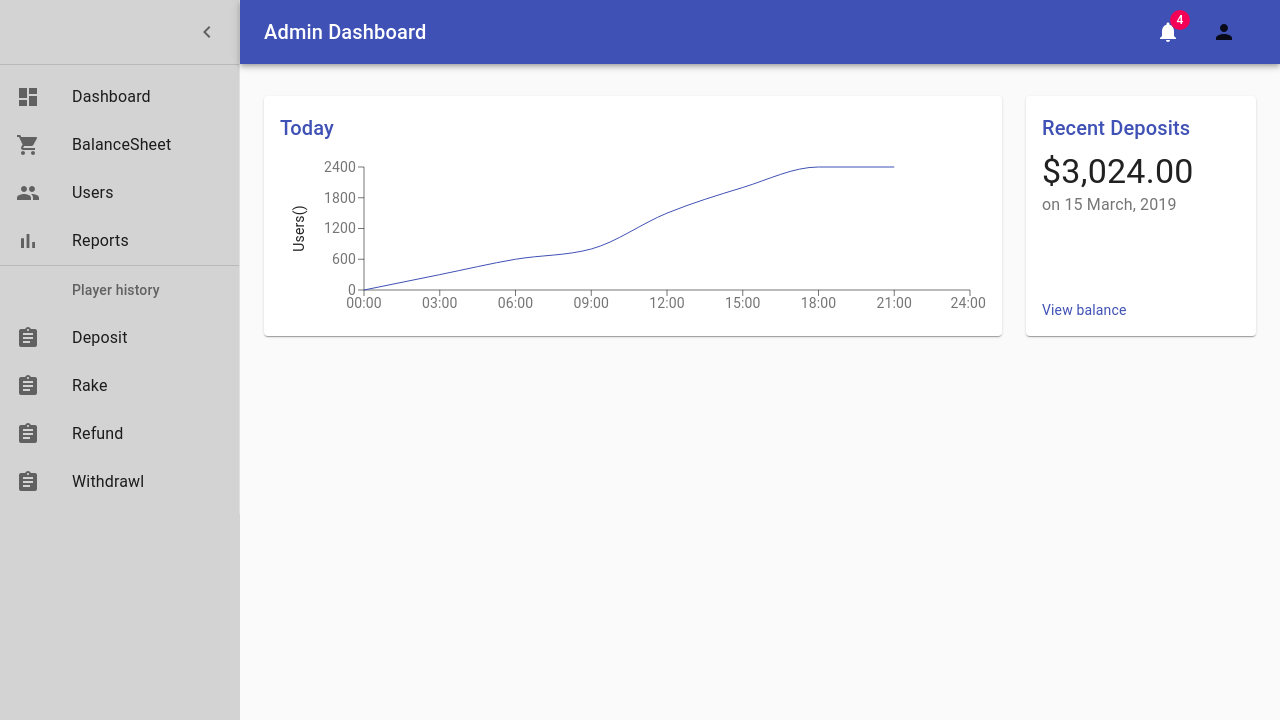
Repository: imayankbisht/ludofrontend
Page: /Dashboard
An editor plug-in stored every save of this project. The page is shown before and after a run of saves, followed by the edit.
The browser window is 1280 px wide. The pictures show the whole page.
The project was rebuilt for these pictures with package versions that can differ from the ones it lists, and the page was loaded fresh each time. Also part of the build but not shown: src/axios.js, src/components/login.js.

Above is the page before, as saved 2021-01-16 14:35:29.

### src/App.js
import React from 'react';
import './App.css';
import {
  BrowserRouter as Router,
  Switch,
  Route,
 Redirect
} from "react-router-dom";
// import SignInOutContainer from './containers';
import Dashboard from './components/Dashboard';
import Login from './components/login';
 function App() {
  return (
    <div className="App">
  <Router >
    <Switch>
      <Route path="/login" component={Login} />
      <Route path="/Dashboard" component={Dashboard} />
      <Redirect from="/" to="/login" />
    </Switch>
  </Router>
      </div>
  );
}


export default App;

### src/App.css
.App {
  /* text-align: center; */

}

.App-logo {
  height: 40vmin;
  pointer-events: none;
}

@media (prefers-reduced-motion: no-preference) {
  .App-logo {
    animation: App-logo-spin infinite 20s linear;
  }
}

.App-header {
  background-color: #282c34;
  min-height: 100vh;
  display: flex;
  flex-direction: column;
  align-items: center;
  justify-content: center;
  font-size: calc(10px + 2vmin);
  color: white;
}

.App-link {
  color: #61dafb;
}

@keyframes App-logo-spin {
  from {
    transform: rotate(0deg);
  }
  to {
    transform: rotate(360deg);
  }
}

### src/components/Dashboard.js
import React from 'react';
import clsx from 'clsx';
import { makeStyles } from '@material-ui/core/styles';
import CssBaseline from '@material-ui/core/CssBaseline';
import Drawer from '@material-ui/core/Drawer';
import Box from '@material-ui/core/Box';
import AppBar from '@material-ui/core/AppBar';
import Toolbar from '@material-ui/core/Toolbar';
import List from '@material-ui/core/List';
import Typography from '@material-ui/core/Typography';
import Divider from '@material-ui/core/Divider';
import IconButton from '@material-ui/core/IconButton';
import Badge from '@material-ui/core/Badge';
import Container from '@material-ui/core/Container';
import Grid from '@material-ui/core/Grid';
import Paper from '@material-ui/core/Paper';
// import Link from '@material-ui/core/Link';
import MenuIcon from '@material-ui/icons/Menu';
import ChevronLeftIcon from '@material-ui/icons/ChevronLeft';
import NotificationsIcon from '@material-ui/icons/Notifications';
import { mainListItems} from './listItems';
import Chart from './Chart';
import Deposits from './Deposits';
import MenuItem from "@material-ui/core/MenuItem";
import MenuList from "@material-ui/core/MenuList";
import Hidden from "@material-ui/core/Hidden";
import Grow from "@material-ui/core/Grow";
import Poppers from "@material-ui/core/Popper";
import ClickAwayListener from "@material-ui/core/ClickAwayListener";
import Person from "@material-ui/icons/Person";
import classNames from "classnames";
import Button from "@material-ui/core/Button";
import {Link} from 'react-router-dom';

const drawerWidth = 240;

const useStyles = makeStyles((theme) => ({
  root: {
    display: 'flex',
  },
  toolbar: {
    paddingRight: 24, // keep right padding when drawer closed
  },
  toolbarIcon: {
    display: 'flex',
    alignItems: 'center',
    justifyContent: 'flex-end',
    padding: '0 8px',
    ...theme.mixins.toolbar,
  },
  appBar: {
    zIndex: theme.zIndex.drawer + 1,
    transition: theme.transitions.create(['width', 'margin'], {
      easing: theme.transitions.easing.sharp,
      duration: theme.transitions.duration.leavingScreen,
    }),
  },
  appBarShift: {
    marginLeft: drawerWidth,
    width: `calc(100% - ${drawerWidth}px)`,
    transition: theme.transitions.create(['width', 'margin'], {
      easing: theme.transitions.easing.sharp,
      duration: theme.transitions.duration.enteringScreen,
    }),
  },
  menuButton: {
    marginRight: 36,
  },
  menuButtonHidden: {
    display: 'none',
  },
  title: {
    flexGrow: 1,
  },
  drawerPaper: {
    position: 'relative',
    whiteSpace: 'nowrap',
    width: drawerWidth,
    transition: theme.transitions.create('width', {
      easing: theme.transitions.easing.sharp,
      duration: theme.transitions.duration.enteringScreen,
    }),
  },
  drawerPaperClose: {
    overflowX: 'hidden',
    transition: theme.transitions.create('width', {
      easing: theme.transitions.easing.sharp,
      duration: theme.transitions.duration.leavingScreen,
    }),
    width: theme.spacing(7),
    [theme.breakpoints.up('sm')]: {
      width: theme.spacing(9),
    },
  },
  appBarSpacer: theme.mixins.toolbar,
  content: {
    flexGrow: 1,
    height: '100vh',
    overflow: 'auto',
  },
  container: {
    paddingTop: theme.spacing(4),
    paddingBottom: theme.spacing(4),
  },
  paper: {
    padding: theme.spacing(2),
    display: 'flex',
    overflow: 'auto',
    flexDirection: 'column',
  },
  fixedHeight: {
    height: 240,
  },
}));

 function Dashboard() {
  const classes = useStyles();
  const [open, setOpen] = React.useState(true);
  const [openProfile, setOpenProfile] = React.useState(null);
  const handleClickProfile = event => {
    if (openProfile && openProfile.contains(event.target)) {
      setOpenProfile(null);
    } else {
      setOpenProfile(event.currentTarget);
    }
  };
  const handleCloseProfile = () => {
    setOpenProfile(null);
  };
  const handleDrawerOpen = () => {
    setOpen(true);
  };
  const handleDrawerClose = () => {
    setOpen(false);
  };
  const fixedHeightPaper = clsx(classes.paper, classes.fixedHeight);

  return (
    <div className={classes.root}>
      <CssBaseline />
      <AppBar position="absolute" className={clsx(classes.appBar, open && classes.appBarShift)}>
        <Toolbar className={classes.toolbar}>
          <IconButton
            edge="start"
            color="inherit"
            aria-label="open drawer"
            onClick={handleDrawerOpen}
            className={clsx(classes.menuButton, open && classes.menuButtonHidden)}
          >
            <MenuIcon />
          </IconButton>
          <Typography component="h1" variant="h6" color="inherit" noWrap className={classes.title}>
          Admin Dashboard
          </Typography>
          <IconButton color="inherit">
            <Badge badgeContent={4} color="secondary">
              <NotificationsIcon />
            </Badge>
          </IconButton>
          <Button
          color={window.innerWidth > 959 ? "transparent" : "white"}
          justIcon={window.innerWidth > 959}
          simple={!(window.innerWidth > 959)}
          aria-owns={openProfile ? "profile-menu-list-grow" : null}
          aria-haspopup="true"
          onClick={handleClickProfile}
          className={classes.buttonLink}
        >
          <Person className={classes.icons} />
          <Hidden mdUp implementation="css">
            <p className={classes.linkText}>Profile</p>
          </Hidden>
        </Button>
        <Poppers
          open={Boolean(openProfile)}
          anchorEl={openProfile}
          transition
          disablePortal
          className={
            classNames({ [classes.popperClose]: !openProfile }) +
            " " +
            classes.popperNav
          }
        >
          {({ TransitionProps, placement }) => (
            <Grow
              {...TransitionProps}
              id="profile-menu-list-grow"
              style={{
                transformOrigin:
                  placement === "bottom" ? "center top" : "center bottom"
              }}
            >
              <Paper>
                <ClickAwayListener onClickAway={handleCloseProfile}>
                  <MenuList role="menu">
                    <MenuItem
                      onClick={handleCloseProfile}
                      className={classes.dropdownItem}
                    >
                      Profile
                    </MenuItem>
                    <MenuItem
                      onClick={handleCloseProfile}
                      className={classes.dropdownItem}
                    >
                      Settings
                    </MenuItem>
                    <Divider light />
                    <Link to="login">
                    <MenuItem
                      onClick={handleCloseProfile}
                      className={classes.dropdownItem}
                    >
                      Logout
                    </MenuItem>
                    </Link>
                  </MenuList>
                </ClickAwayListener>
              </Paper>
            </Grow>
          )}
        </Poppers>
        </Toolbar>
      </AppBar>
     <Box bgcolor="lightgray">
     <Drawer
        variant="permanent"
        classes={{
          paper: clsx(classes.drawerPaper, !open && classes.drawerPaperClose),
        }}
        open={open}
      >
        <Box bgcolor="lightgray">
        <div className={classes.toolbarIcon}>
          <IconButton onClick={handleDrawerClose}>
            <ChevronLeftIcon />
          </IconButton>
        </div>
        <Divider />
        <List>{mainListItems}</List>
        </Box>
        {/* <List>{secondaryListItems}</List> */}
      </Drawer>
     </Box>
      <main className={classes.content}>
        <div className={classes.appBarSpacer} />
        <Container maxWidth="lg" className={classes.container}>
          <Grid container spacing={3}>
            {/* Chart */}
            <Grid item xs={12} md={8} lg={9}>
              <Paper className={fixedHeightPaper}>
                <Chart />
              </Paper>
            </Grid>
            {/* Recent Deposits */}
            <Grid item xs={12} md={4} lg={3}>
              <Paper className={fixedHeightPaper}>
                <Deposits />
              </Paper>
            </Grid>

          </Grid>

        </Container>
      </main>
    </div>
  );
}
export default Dashboard;

### src/components/listItems.js
import React from 'react';
import ListItem from '@material-ui/core/ListItem';
import ListItemIcon from '@material-ui/core/ListItemIcon';
import ListItemText from '@material-ui/core/ListItemText';
import ListSubheader from '@material-ui/core/ListSubheader';
import DashboardIcon from '@material-ui/icons/Dashboard';
import ShoppingCartIcon from '@material-ui/icons/ShoppingCart';
import PeopleIcon from '@material-ui/icons/People';
import BarChartIcon from '@material-ui/icons/BarChart';
import LayersIcon from '@material-ui/icons/Layers';
import AssignmentIcon from '@material-ui/icons/Assignment';
import Box from '@material-ui/core/Box';
import Divider from '@material-ui/core/Divider';

export const mainListItems = (
  // <Box bgcolor="lightgray">
  <div>

   <ListItem button>
      <ListItemIcon>
        <DashboardIcon />
      </ListItemIcon>
      <ListItemText primary="Dashboard" />
    </ListItem>
    <ListItem button>
      <ListItemIcon>
        <ShoppingCartIcon />
      </ListItemIcon>
      <ListItemText primary="BalanceSheet" />
    </ListItem>
    <ListItem button>
      <ListItemIcon>
        <PeopleIcon />
      </ListItemIcon>
      <ListItemText primary="Users" />
    </ListItem>
    <ListItem button>
      <ListItemIcon>
        <BarChartIcon />
      </ListItemIcon>
      <ListItemText primary="Reports" />
    </ListItem>
    <Divider />
    <ListSubheader inset>Player history</ListSubheader>
    <ListItem button>
      <ListItemIcon>
        <AssignmentIcon />
      </ListItemIcon>
      <ListItemText primary="Deposit" />
    </ListItem>
    <ListItem button>
      <ListItemIcon>
        <AssignmentIcon />
      </ListItemIcon>
      <ListItemText primary="Rake" />
    </ListItem>
    <ListItem button>
      <ListItemIcon>
        <AssignmentIcon />
      </ListItemIcon>
      <ListItemText primary="Refund" />
    </ListItem>
    <ListItem button>
      <ListItemIcon>
        <AssignmentIcon />
      </ListItemIcon>
      <ListItemText primary="Withdrawl" />
    </ListItem>


  </div>
  // </Box>
);

// export const secondaryListItems = (
//   <div>
//     <ListSubheader inset>Player history</ListSubheader>
//     <ListItem button>
//       <ListItemIcon>
//         <AssignmentIcon />
//       </ListItemIcon>
//       <ListItemText primary="Deposit" />
//     </ListItem>
//     <ListItem button>
//       <ListItemIcon>
//         <AssignmentIcon />
//       </ListItemIcon>
//       <ListItemText primary="Rake" />
//     </ListItem>
//     <ListItem button>
//       <ListItemIcon>
//         <AssignmentIcon />
//       </ListItemIcon>
//       <ListItemText primary="Refund" />
//     </ListItem>
//     <ListItem button>
//       <ListItemIcon>
//         <AssignmentIcon />
//       </ListItemIcon>
//       <ListItemText primary="Withdrawl" />
//     </ListItem>
//   </div>
// );

### src/components/Chart.js
import React from 'react';
import { useTheme } from '@material-ui/core/styles';
import { LineChart, Line, XAxis, YAxis, Label, ResponsiveContainer } from 'recharts';
import Title from './Title';

// Generate Sales Data
function createData(time, amount) {
  return { time, amount };
}

const data = [
  createData('00:00', 0),
  createData('03:00', 300),
  createData('06:00', 600),
  createData('09:00', 800),
  createData('12:00', 1500),
  createData('15:00', 2000),
  createData('18:00', 2400),
  createData('21:00', 2400),
  createData('24:00', undefined),
];

export default function Chart() {
  const theme = useTheme();

  return (
    <React.Fragment>
      <Title>Today</Title>
      <ResponsiveContainer>
        <LineChart
          data={data}
          margin={{
            top: 16,
            right: 16,
            bottom: 0,
            left: 24,
          }}
        >
          <XAxis dataKey="time" stroke={theme.palette.text.secondary} />
          <YAxis stroke={theme.palette.text.secondary}>
            <Label
              angle={270}
              position="left"
              style={{ textAnchor: 'middle', fill: theme.palette.text.primary }}
            >
              Users()
            </Label>
          </YAxis>
          <Line type="monotone" dataKey="amount" stroke={theme.palette.primary.main} dot={false} />
        </LineChart>
      </ResponsiveContainer>
    </React.Fragment>
  );
}

### src/components/Deposits.js
import React from 'react';
import Link from '@material-ui/core/Link';
import { makeStyles } from '@material-ui/core/styles';
import Typography from '@material-ui/core/Typography';
import Title from './Title';

function preventDefault(event) {
  event.preventDefault();
}

const useStyles = makeStyles({
  depositContext: {
    flex: 1,
  },
});

export default function Deposits() {
  const classes = useStyles();
  return (
    <React.Fragment>
      <Title>Recent Deposits</Title>
      <Typography component="p" variant="h4">
        $3,024.00
      </Typography>
      <Typography color="textSecondary" className={classes.depositContext}>
        on 15 March, 2019
      </Typography>
      <div>
        <Link color="primary" href="#" onClick={preventDefault}>
          View balance
        </Link>
      </div>
    </React.Fragment>
  );
}

Loaded but not shown: public/index.html (common file); src/index.js (common file); src/index.css (common file); src/serviceWorker.js (common file); src/components/Title.js (common file)

After the next 2 saves:
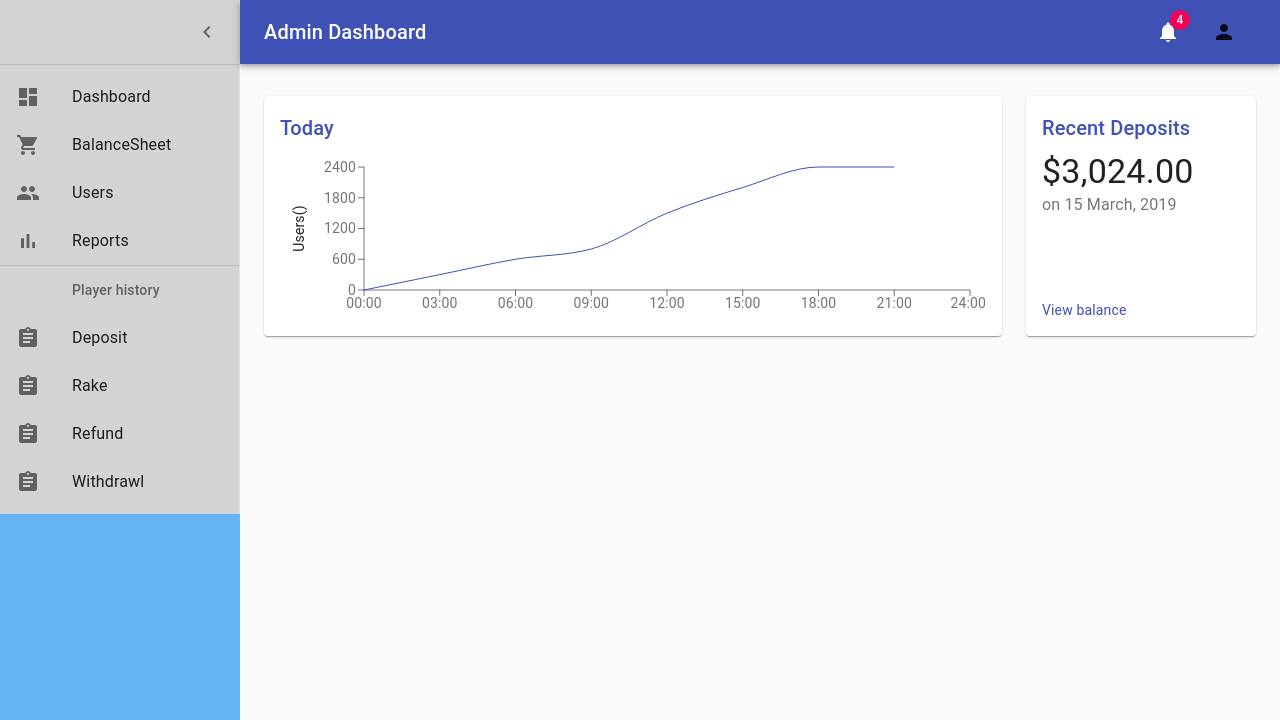
The 2 saves are shown as one change because they came seconds apart.
The last was saved 94 s later.
--- a/src/components/Dashboard.js
+++ b/src/components/Dashboard.js
@@ -223,7 +223,7 @@ const useStyles = makeStyles((theme) => ({
         </Poppers>
         </Toolbar>
       </AppBar>
-     <Box bgcolor="lightgray">
+     <Box bgcolor="info.light">
      <Drawer
         variant="permanent"
         classes={{
